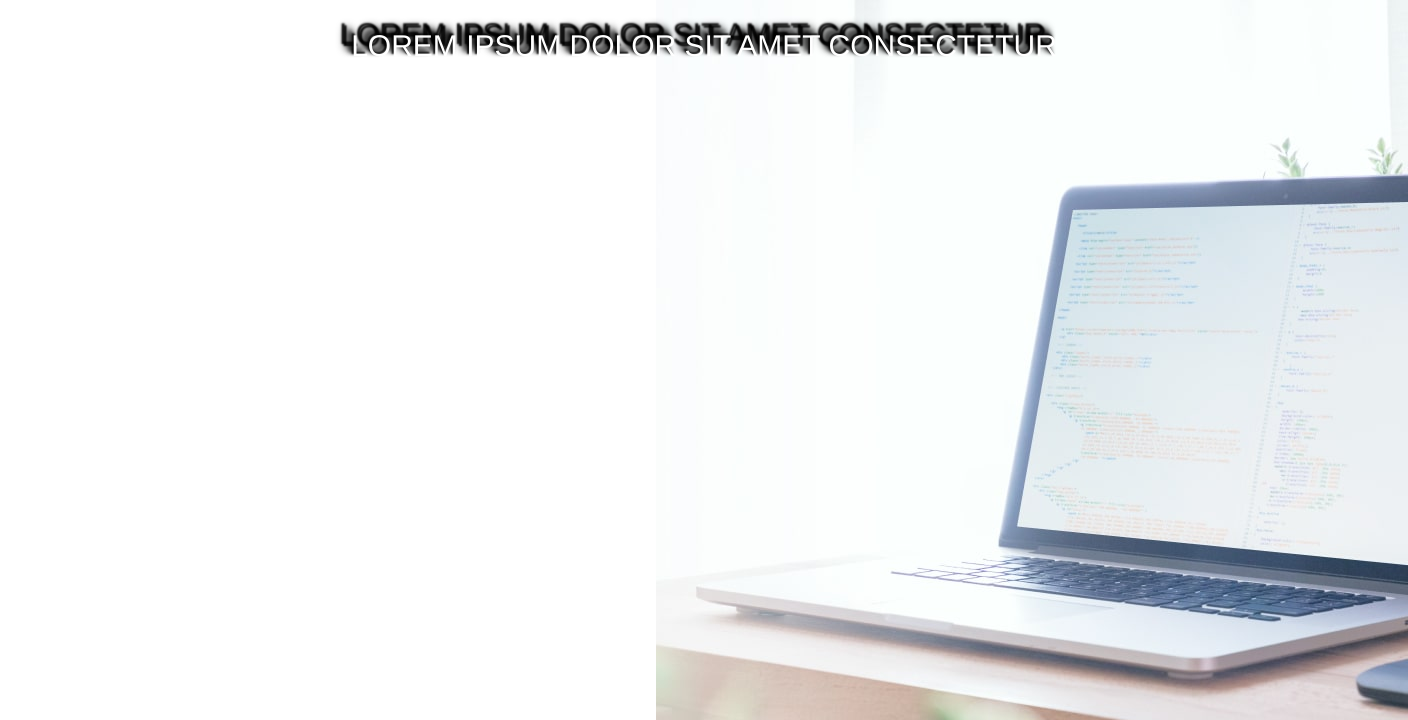
Repository: iKrekus/HTMLAcademy-mysite
Page: test.html
An editor plug-in stored every save of this project. The page is shown before and after the next save, followed by the edit.
The browser window is 1280 px wide. The page is 1408 px wide, so the pictures cover 1408 px, including what lies to the right of the window. The pictures show the whole page.

Above is the page before, as saved 2022-09-28 18:10:55.

After the next save:
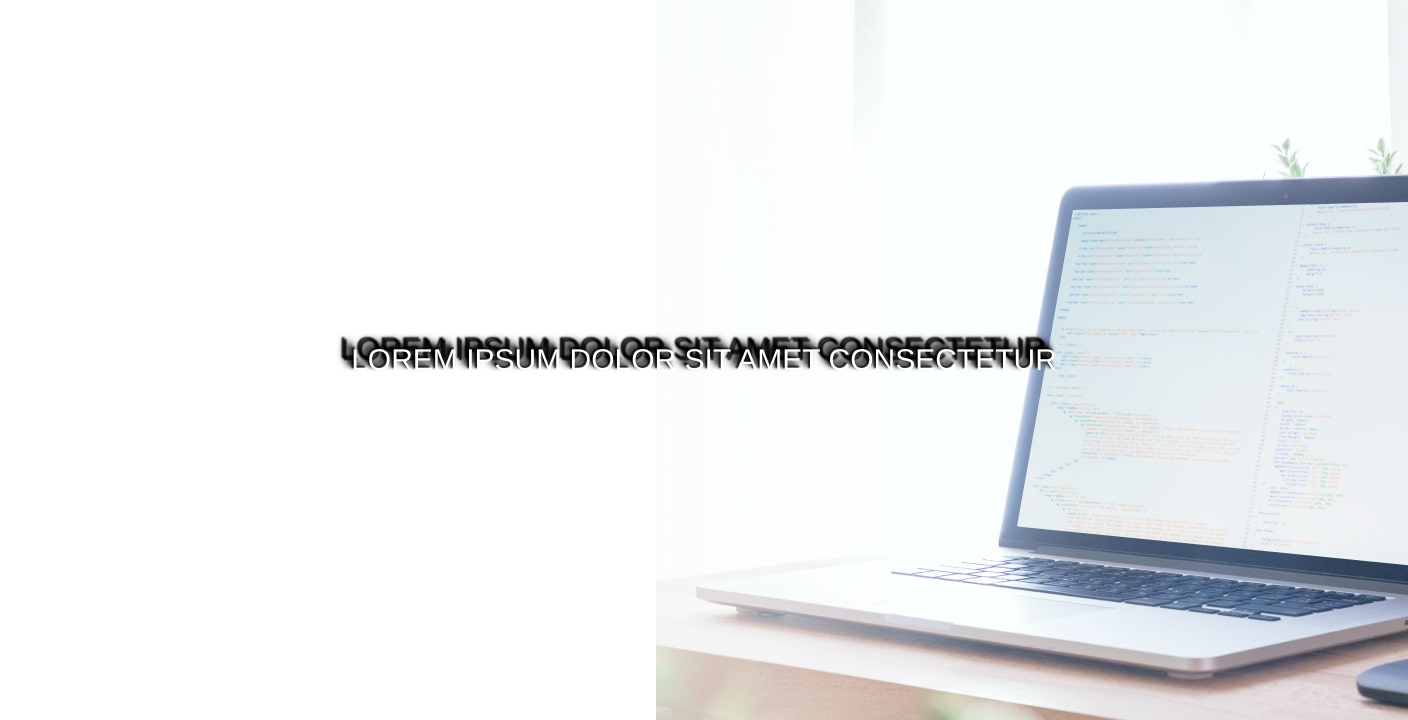
Saved 3 min 48 s later.
--- a/style.css
+++ b/style.css
@@ -364,11 +364,12 @@ body {
 }
 .middle-box{
   position: absolute;
-    left: 0;
-    top: 0;
-    margin: 0;
-    display: flex;
-    height: 100%;
-    width: 100%;
-    justify-content: center;
-}
+  left: 0;
+  top: 0;
+  margin: 0;
+  display: flex;
+  height: 100vh;
+  width: 100%;
+  justify-content: center;
+  align-items: center;
+}
